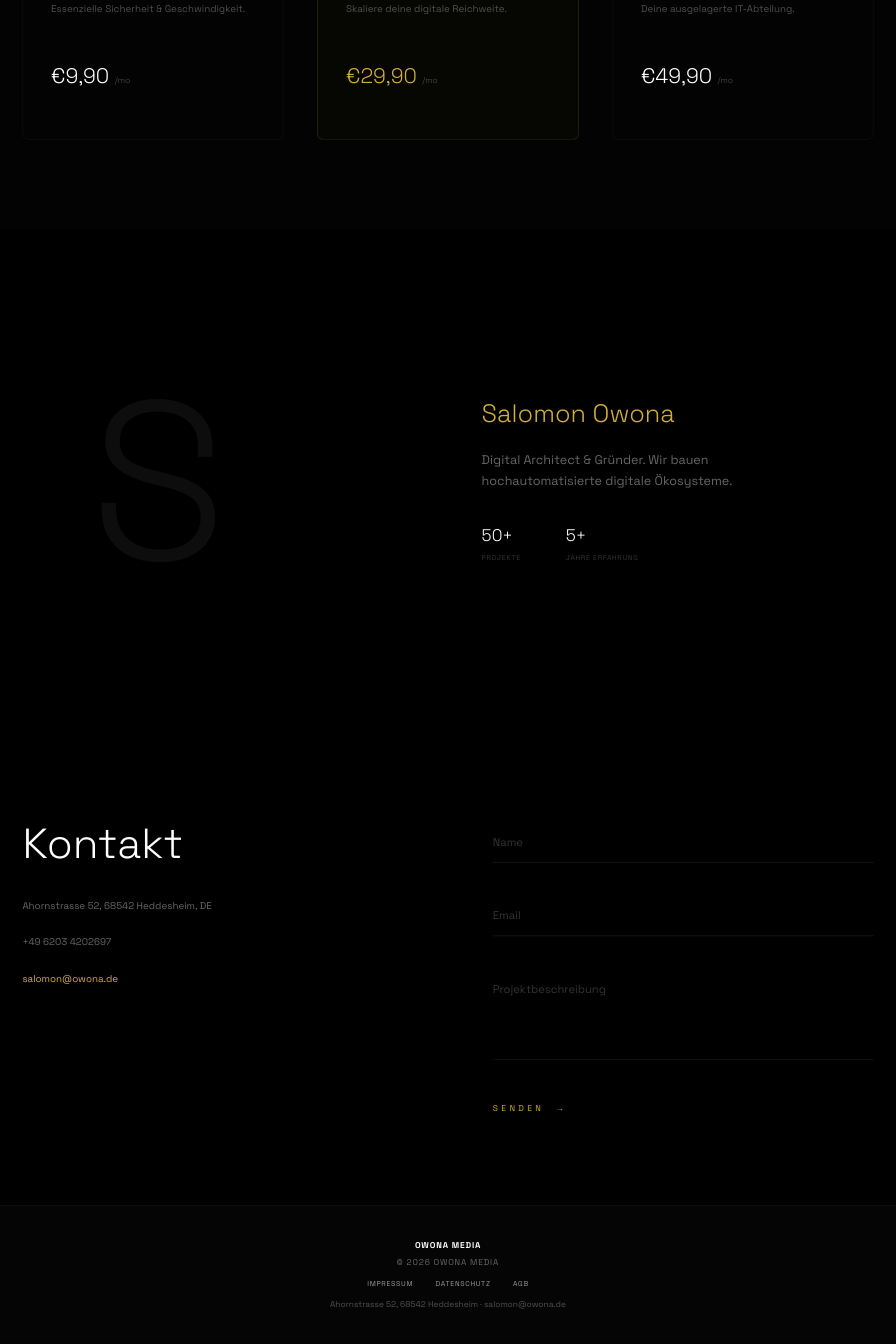
Repository: OwonaMedia/OMedia
Page: /
These files come from the project's save history. The page is drawn as it stood at one moment and after the next save; the edit follows.
The browser window is 1280 px wide. The pictures show the part of the page from y = 1858 to 3778 px (the page is 3778 px tall before and 3104 px after), at 70% of full size.
The project was rebuilt for these pictures with package versions that can differ from the ones it lists, and the page was loaded fresh each time. Also part of the build but not shown: src/pages/Login.tsx, src/pages/dashboard/Overview.tsx, src/pages/dashboard/Projects.tsx, src/pages/dashboard/Invoices.tsx, src/pages/dashboard/Files.tsx, src/pages/dashboard/Settings.tsx, src/pages/Dashboard.tsx, src/pages/Produkte.tsx and 4 more. Imported but missing from the stored project, and not drawn on this page: src/pages/legal/AGB, src/pages/legal/Datenschutz, src/pages/legal/Impressum.

Above is the page before, as saved 2026-01-20 17:24:49.

### index.html
<!doctype html>
<html lang="de">
  <head>
    <meta charset="UTF-8" />
    <meta name="viewport" content="width=device-width, initial-scale=1.0" />
    <title>Owona Media</title>
    <meta name="description" content="Owona Media - Webentwicklung & Digital Solutions">
    <link rel="icon" type="image/png" href="/src/assets/favcon.png" />
    <link href="https://fonts.googleapis.com/css2?family=Space+Grotesk:wght@300;400;500;600;700&display=swap" rel="stylesheet">
  </head>
  <body>
    <div id="root"></div>
    <script type="module" src="/src/main.tsx"></script>
  </body>
</html>

### src/main.tsx

import React from 'react'
import ReactDOM from 'react-dom/client'
import { BrowserRouter } from 'react-router-dom'
import App from './App'
import './index.css'
import { TranslationProvider } from './TranslationContext';

ReactDOM.createRoot(document.getElementById('root')!).render(
  <React.StrictMode>
    <TranslationProvider>
      <BrowserRouter>
        <App />
      </BrowserRouter>
    </TranslationProvider>
  </React.StrictMode>,
)

### src/App.tsx
import { Routes, Route, useLocation } from 'react-router-dom';
import { useEffect } from 'react';
import Layout from './components/layout/Layout';
import Home from './pages/Home';
import Impressum from './pages/legal/Impressum';
import Datenschutz from './pages/legal/Datenschutz';
import AGB from './pages/legal/AGB';
import Login from './pages/Login';
import Dashboard from './pages/Dashboard';
import Produkte from './pages/Produkte';
import Abo from './pages/Abo';
import Ueber from './pages/Ueber';
import Kontakt from './pages/Kontakt';
import Blog from './pages/Blog';
import { TranslationProvider } from './TranslationContext';

function ScrollToTop() {
  const { pathname } = useLocation();
  useEffect(() => {
    window.scrollTo(0, 0);
  }, [pathname]);
  return null;
}

export default function App() {
  const location = useLocation();
  // Dashboard gets its own layout, all others use Layout
  const isDashboard = location.pathname.startsWith('/dashboard');

  return (
    <TranslationProvider>
      <ScrollToTop />
      <Routes>
        {/* All main pages wrapped in Layout for consistent Header/Footer/CookieBanner */}
        <Route path="/" element={<Layout><Home /></Layout>} />
        <Route path="/impressum" element={<Impressum />} />
        <Route path="/datenschutz" element={<Datenschutz />} />
        <Route path="/agb" element={<AGB />} />
        <Route path="/produkte" element={<Layout darkBg={false}><Produkte /></Layout>} />
        <Route path="/abo" element={<Layout darkBg={false}><Abo /></Layout>} />
        <Route path="/ueber" element={<Layout darkBg={false}><Ueber /></Layout>} />
        <Route path="/kontakt" element={<Layout darkBg={false}><Kontakt /></Layout>} />
        <Route path="/blog" element={<Layout darkBg={false}><Blog /></Layout>} />
        {/* Login and Dashboard can use their own layout or be standalone */}
        <Route path="/login" element={<Login />} />
        <Route path="/dashboard/*" element={<Layout darkBg={false}><Dashboard /></Layout>} />
      </Routes>
    </TranslationProvider>
  );
}

### src/TranslationContext.tsx
import React, { createContext, useContext, useState, useEffect, ReactNode } from 'react';
import { translations } from './translations';

type Language = 'de' | 'en' | 'fr' | 'sw';

interface TranslationContextProps {
  lang: Language;
  setLang: (lang: Language) => void;
  t: (key: string) => string;
}

const TranslationContext = createContext<TranslationContextProps | undefined>(undefined);

export const TranslationProvider = ({ children }: { children: ReactNode }) => {
  const [lang, setLangState] = useState<Language>(() => {
    const stored = localStorage.getItem('lang') as Language;
    return stored || 'de';
  });

  useEffect(() => {
    localStorage.setItem('lang', lang);
  }, [lang]);


  const setLang = (newLang: Language) => {
    if (['de', 'en', 'fr', 'sw'].includes(newLang)) {
      setLangState(newLang);
    } else {
      console.warn(`Unknown language: ${newLang}`);
    }
  }

  const t = (key: string) => {
    console.log(`t() aufgerufen mit Key: '${key}', Sprache: '${lang}'`);
    const dict = translations[lang] || {};
    console.log('Verfügbare Keys für aktuelle Sprache:', Object.keys(dict));
    if (dict[key]) return dict[key];
    // Kein Fallback, sondern Key anzeigen
    console.warn(`Key '${key}' nicht gefunden in Sprache '${lang}'.`);
    return key;
  }

  return (
    <TranslationContext.Provider value={{ lang, setLang, t }}>
      {children}
    </TranslationContext.Provider>
  );
};

export function useTranslation() {
  const context = useContext(TranslationContext);
  if (!context) {
    throw new Error('useTranslation must be used within a TranslationProvider');
  }
  return context;
}

### src/components/layout/Layout.tsx
import { ReactNode } from 'react';
import Header from './Header';
import Footer from './Footer';
import CookieBanner from './CookieBanner';
import CustomCursor from '../ui/CustomCursor';

interface LayoutProps {
  children: ReactNode;
  darkBg?: boolean; // true = schwarzer Hintergrund (Hauptseite), false = weißer Hintergrund
}

export default function Layout({ children, darkBg = true }: LayoutProps) {
  return (
    <div className={darkBg ? 'bg-black text-white' : 'bg-white text-black'}>
      {/* Sterne-Hintergrund nur auf dunklen Seiten */}
      {darkBg && <div className="stars" />}

      <Header />
      <CustomCursor />

      <main className="min-h-screen pt-24">
        {children}
      </main>

      <footer className="px-8 py-12 border-t border-white/5 bg-[#050505] text-white text-xs text-center">
        <div className="mb-2 font-bold tracking-widest uppercase">Owona Media</div>
        <div className="mb-4 text-white/40 tracking-widest uppercase">© {new Date().getFullYear()} Owona Media</div>
        <div className="flex flex-wrap justify-center gap-8 text-[10px] tracking-widest uppercase text-white/60 mb-4">
          <a href="/impressum" className="hover:text-[#D4AF37] transition-colors">Impressum</a>
          <a href="/datenschutz" className="hover:text-[#D4AF37] transition-colors">Datenschutz</a>
          <a href="/agb" className="hover:text-[#D4AF37] transition-colors">AGB</a>
        </div>
        <div className="text-white/30">Ahornstrasse 52, 68542 Heddesheim · salomon@owona.de</div>
      </footer>
      <CookieBanner />
    </div>
  );
}

### src/pages/Home.tsx
import { useEffect } from 'react';
import { useTranslation } from '../TranslationContext';

export default function Home() {
  const { t } = useTranslation();

  useEffect(() => {
    // Reveal Observer
    const observer = new IntersectionObserver((entries) => {
      entries.forEach(entry => {
        if (entry.isIntersecting) entry.target.classList.add('visible');
      });
    }, { threshold: 0.1 });

    document.querySelectorAll('.reveal').forEach(el => observer.observe(el));

    return () => observer.disconnect();
  }, []);

  return (
    <div className="bg-black text-white selection:bg-[#D4AF37] selection:text-black">
      {/* Stars Background */}
      <div className="stars fixed inset-0 pointer-events-none opacity-50 z-0"></div>

      {/* Hero */}
      <section className="min-h-[90vh] flex flex-col justify-center px-8 relative z-10 pt-20">
        <div className="max-w-7xl mx-auto w-full">
          <div className="reveal text-white/5 text-[15vw] leading-none font-extralight select-none mb-[-4vw]">OWONA</div>
          <div className="flex flex-col md:flex-row md:items-end justify-between gap-12">
            <h1 className="reveal text-5xl md:text-8xl font-light tracking-tighter max-w-4xl">
              {t('hero.title')}
            </h1>
            <div className="reveal max-w-sm text-white/30 text-sm leading-relaxed mb-4">
              <p>{t('hero.desc')}</p>
            </div>
          </div>
        </div>
      </section>

      {/* Products */}
      <section id="products" className="py-32 px-8 relative z-10">
        <div className="max-w-7xl mx-auto">
          <h2 className="reveal text-white/10 text-xs tracking-[0.5em] uppercase mb-24">
            {t('products.label')}
          </h2>

          <div className="grid md:grid-cols-3 gap-1px bg-white/5 border border-white/5">
            {/* Starter */}
            <div className="reveal product-card p-12 md:p-16 h-full flex flex-col cursor-none hover:bg-white/[0.02] transition-colors group">
              <span className="text-white/10 text-xs mb-8">{t('product.starter.badge')}</span>
              <h3 className="text-4xl font-light mb-6">{t('product.starter.title')}</h3>
              <p className="text-white/40 text-sm mb-12 h-12">{t('product.starter.subtitle')}</p>
              <div className="mt-auto">
                <div className="price-tag mb-8 text-3xl font-light">
                  {t('product.starter.price')} <span className="text-sm opacity-20 ml-2">{t('price.fixed')}</span>
                </div>
                <button className="text-white/20 text-[10px] tracking-widest uppercase group-hover:text-white transition-colors">
                  {t('cta.details')}
                </button>
              </div>
            </div>

            {/* Pro */}
            <div className="reveal product-card p-12 md:p-16 h-full flex flex-col border-x border-white/5 cursor-none hover:bg-white/[0.02] transition-colors group">
              <span className="text-[#D4AF37] text-xs mb-8 opacity-50">{t('product.pro.badge')}</span>
              <h3 className="text-4xl font-light mb-6">{t('product.pro.title')}</h3>
              <p className="text-white/40 text-sm mb-12 h-12">{t('product.pro.subtitle')}</p>
              <div className="mt-auto">
                <div className="price-tag text-[#D4AF37] mb-8 text-3xl font-light">
                  {t('product.pro.price')} <span className="text-sm opacity-20 ml-2 text-white">{t('price.fixed')}</span>
                </div>
                <button className="text-white/20 text-[10px] tracking-widest uppercase group-hover:text-white transition-colors">
                  {t('cta.details')}
                </button>
              </div>
            </div>

            {/* Enterprise */}
            <div className="reveal product-card p-12 md:p-16 h-full flex flex-col cursor-none hover:bg-white/[0.02] transition-colors group">
              <span className="text-white/10 text-xs mb-8">{t('product.enterprise.badge')}</span>
              <h3 className="text-4xl font-light mb-6">{t('product.enterprise.title')}</h3>
              <p className="text-white/40 text-sm mb-12 h-12">{t('product.enterprise.subtitle')}</p>
              <div className="mt-auto">
                <div className="price-tag mb-8 text-white/40 text-3xl font-light">
                  {t('product.enterprise.price')}
                </div>
                <button className="text-white/20 text-[10px] tracking-widest uppercase group-hover:text-white transition-colors">
                  {t('cta.details')}
                </button>
              </div>
            </div>
          </div>
        </div>
      </section>

      {/* Subscriptions */}
      <section id="subscriptions" className="py-32 px-8 bg-white/[0.01] relative z-10">
        <div className="max-w-7xl mx-auto">
          <h2 className="reveal text-white/10 text-xs tracking-[0.5em] uppercase mb-24">
            {t('subs.label')}
          </h2>

          <div className="grid md:grid-cols-3 gap-12">
            {/* Basic */}
            <div className="reveal p-10 border border-white/5 hover:border-white/10 transition-all rounded-lg">
              <h4 className="text-xl font-light mb-2">{t('subs.basic.title')}</h4>
              <p className="text-white/30 text-sm mb-12 h-10">{t('subs.basic.desc')}</p>
              <div className="text-3xl font-light mb-8">{t('subs.basic.price')} <span className="text-xs opacity-30">/mo</span></div>
            </div>

            {/* Pro */}
            <div className="reveal p-10 border border-[#D4AF37]/20 rounded-lg relative overflow-hidden bg-[#D4AF37]/[0.02]">
              <div className="absolute top-0 right-0 bg-[#D4AF37]/20 text-[#D4AF37] text-[8px] px-3 py-1 uppercase tracking-widest">
                {t('most.popular')}
              </div>
              <h4 className="text-xl font-light mb-2">{t('subs.pro.title')}</h4>
              <p className="text-white/30 text-sm mb-12 h-10">{t('subs.pro.desc')}</p>
              <div className="text-3xl font-light mb-8 text-[#D4AF37]">{t('subs.pro.price')} <span className="text-xs opacity-30 text-white">/mo</span></div>
            </div>

            {/* Full */}
            <div className="reveal p-10 border border-white/5 hover:border-white/10 transition-all rounded-lg">
              <h4 className="text-xl font-light mb-2">{t('subs.full.title')}</h4>
              <p className="text-white/30 text-sm mb-12 h-10">{t('subs.full.desc')}</p>
              <div className="text-3xl font-light mb-8">{t('subs.full.price')} <span className="text-xs opacity-30">/mo</span></div>
            </div>
          </div>
        </div>
      </section>

      {/* About */}
      <section id="about" className="min-h-screen px-8 py-32 flex items-center relative z-10">
        <div className="max-w-5xl mx-auto w-full">
          <div className="grid md:grid-cols-2 gap-24 items-center">
            <div className="reveal text-white/5 text-[25vw] leading-none font-extralight select-none">S</div>
            <div>
              <h2 className="reveal text-4xl font-light mb-8 text-[#D4AF37]">{t('about.title')}</h2>
              <p className="reveal text-white/40 text-lg leading-relaxed mb-12">
                {t('about.desc')}
              </p>
              <div className="reveal flex gap-16">
                <div>
                  <div className="text-2xl font-light">50+</div>
                  <div className="text-[10px] text-white/20 uppercase tracking-widest mt-2">{t('about.projects')}</div>
                </div>
                <div>
                  <div className="text-2xl font-light">5+</div>
                  <div className="text-[10px] text-white/20 uppercase tracking-widest mt-2">{t('about.years')}</div>
                </div>
              </div>
            </div>
          </div>
        </div>
      </section>

      {/* Contact */}
      <section id="contact" className="py-32 px-8 relative z-10">
        <div className="max-w-7xl mx-auto">
          <div className="grid md:grid-cols-2 gap-32">
            <div>
              <h2 className="reveal text-6xl font-light mb-12">{t('contact.label')}</h2>
              <div className="reveal space-y-8 text-white/40 text-sm">
                <p>{t('contact.address')}</p>
                <p>+49 6203 4202697</p>
                <a href="mailto:salomon@owona.de" className="block text-[#D4AF37] hover:text-white transition-colors">
                  salomon@owona.de
                </a>
              </div>
            </div>
            <form className="reveal space-y-12">
              <input type="text" required placeholder={t('contact.form.name')} className="w-full bg-transparent border-b border-white/10 py-4 text-white focus:outline-none focus:border-[#D4AF37] transition-all placeholder:text-white/20" />
              <input type="email" required placeholder={t('contact.form.email')} className="w-full bg-transparent border-b border-white/10 py-4 text-white focus:outline-none focus:border-[#D4AF37] transition-all placeholder:text-white/20" />
              <textarea rows={4} required placeholder={t('contact.form.details')} className="w-full bg-transparent border-b border-white/10 py-4 text-white focus:outline-none focus:border-[#D4AF37] transition-all resize-none placeholder:text-white/20"></textarea>
              <button type="submit" className="text-xs tracking-[0.4em] uppercase text-[#D4AF37] hover:text-white transition-colors">
                <span className="mr-2">{t('contact.send')}</span> →
              </button>
            </form>
          </div>
        </div>
      </section>
    </div>
  );
}

### src/components/layout/CookieBanner.tsx

import { useState, useEffect } from 'react';
import { useTranslation } from '../../TranslationContext';

export default function CookieBanner() {
  const { t } = useTranslation();
  const [show, setShow] = useState(false);

  useEffect(() => {
    const consent = localStorage.getItem('cookie-consent');
    if (!consent) {
      // Kurze Verzögerung für nice UX
      const timer = setTimeout(() => setShow(true), 1000);
      return () => clearTimeout(timer);
    }
  }, []);

  const handleAccept = () => {
    localStorage.setItem('cookie-consent', 'accepted');
    setShow(false);
  };

  const handleDecline = () => {
    localStorage.setItem('cookie-consent', 'declined');
    setShow(false);
  };

  if (!show) return null;

  return (
    <div className="fixed bottom-0 left-0 right-0 z-[200] p-4 md:p-6 bg-[#111] border-t border-white/10 shadow-2xl animate-in slide-in-from-bottom-10 fade-in duration-500">
      <div className="max-w-7xl mx-auto flex flex-col md:flex-row items-center justify-between gap-6">
        <div className="text-xs text-white/60 leading-relaxed max-w-3xl">
          <p>
            {t('cookie.text') || "Wir nutzen Cookies, um Ihr Erlebnis auf unserer Website zu verbessern. Einige sind essenziell, andere helfen uns, diese Website und Ihre Erfahrung zu optimieren."}
          </p>
          <div className="mt-1">
            <a href="/datenschutz" className="text-[#D4AF37] hover:underline mr-4">{t('footer.privacy')}</a>
            <a href="/impressum" className="text-[#D4AF37] hover:underline">{t('footer.impressum')}</a>
          </div>
        </div>
        <div className="flex gap-4 shrink-0">
          <button
            onClick={handleDecline}
            className="px-6 py-2 border border-white/20 rounded text-xs text-white hover:bg-white/5 transition-colors uppercase tracking-wider"
          >
            {t('cookie.decline') || "Ablehnen"}
          </button>
          <button
            onClick={handleAccept}
            className="px-6 py-2 bg-[#D4AF37] text-black font-medium rounded text-xs hover:bg-[#b5952f] transition-colors uppercase tracking-wider shadow-[0_0_15px_rgba(212,175,55,0.3)]"
          >
            {t('cookie.accept') || "Akzeptieren"}
          </button>
        </div>
      </div>
    </div>
  );
}

### src/components/ui/CustomCursor.tsx
import { useEffect, useRef } from 'react';

export default function CustomCursor() {
  const cursorRef = useRef<HTMLDivElement>(null);

  useEffect(() => {
    const cursor = cursorRef.current;
    if (!cursor) return;

    const handleMouseMove = (e: MouseEvent) => {
      cursor.style.left = `${e.clientX}px`;
      cursor.style.top = `${e.clientY}px`;
    };

    document.addEventListener('mousemove', handleMouseMove);
    return () => document.removeEventListener('mousemove', handleMouseMove);
  }, []);

  return <div ref={cursorRef} className="cursor-custom" style={{left: '-20px', top: '-20px'}} />;
}

### src/components/LogoO.tsx
import React from 'react';
import logo from '../assets/logo.png';

export function LogoO({ className = '', style = {} }) {
  return (
    <img src={logo} alt="Owona Media Logo" className={className} style={style} />
  );
}

export default LogoO;

Loaded but not shown: src/translations.ts (707 lines, source omitted); src/components/layout/Header.tsx (101 lines, source omitted); src/index.css (165 lines, source omitted)

After the next save:
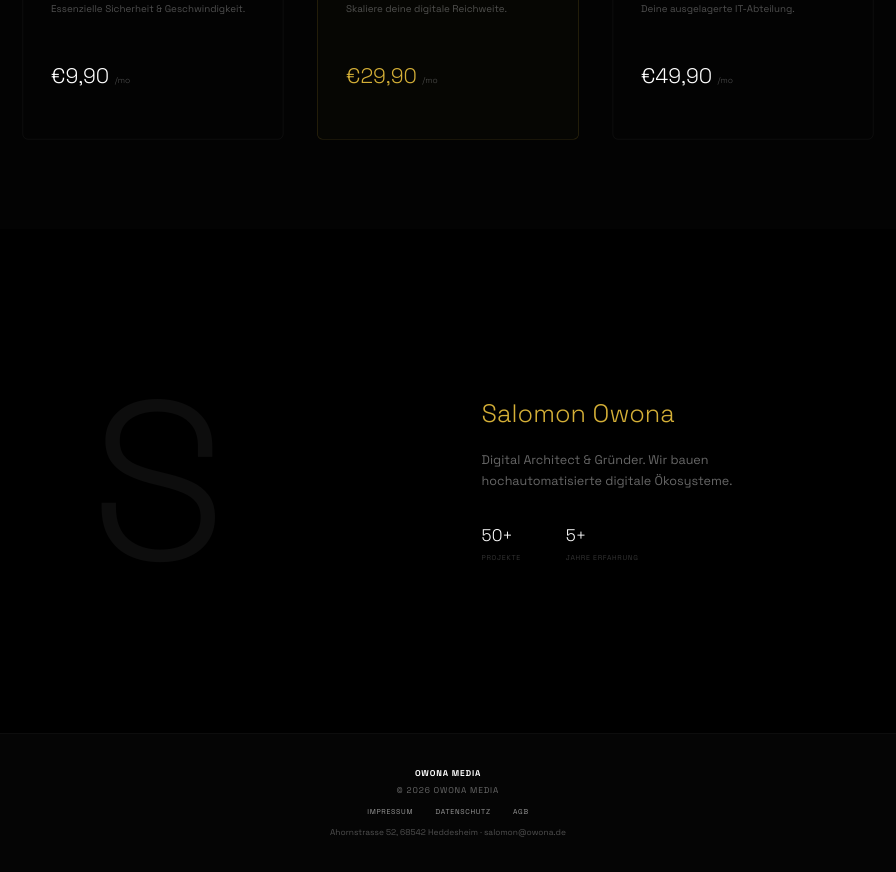
Saved 2 min 35 s later.
--- a/src/pages/Home.tsx
+++ b/src/pages/Home.tsx
@@ -1,5 +1,7 @@
+
 import { useEffect } from 'react';
 import { useTranslation } from '../TranslationContext';
+import { Link } from 'react-router-dom';
 
 export default function Home() {
   const { t } = useTranslation();
@@ -46,7 +48,7 @@ export default function Home() {
 
           <div className="grid md:grid-cols-3 gap-1px bg-white/5 border border-white/5">
             {/* Starter */}
-            <div className="reveal product-card p-12 md:p-16 h-full flex flex-col cursor-none hover:bg-white/[0.02] transition-colors group">
+            <Link to="/produkte" className="reveal product-card p-12 md:p-16 h-full flex flex-col cursor-pointer hover:bg-white/[0.02] transition-colors group">
               <span className="text-white/10 text-xs mb-8">{t('product.starter.badge')}</span>
               <h3 className="text-4xl font-light mb-6">{t('product.starter.title')}</h3>
               <p className="text-white/40 text-sm mb-12 h-12">{t('product.starter.subtitle')}</p>
@@ -58,10 +60,10 @@ export default function Home() {
                   {t('cta.details')}
                 </button>
               </div>
-            </div>
+            </Link>
 
             {/* Pro */}
-            <div className="reveal product-card p-12 md:p-16 h-full flex flex-col border-x border-white/5 cursor-none hover:bg-white/[0.02] transition-colors group">
+            <Link to="/produkte" className="reveal product-card p-12 md:p-16 h-full flex flex-col border-x border-white/5 cursor-pointer hover:bg-white/[0.02] transition-colors group">
               <span className="text-[#D4AF37] text-xs mb-8 opacity-50">{t('product.pro.badge')}</span>
               <h3 className="text-4xl font-light mb-6">{t('product.pro.title')}</h3>
               <p className="text-white/40 text-sm mb-12 h-12">{t('product.pro.subtitle')}</p>
@@ -73,10 +75,10 @@ export default function Home() {
                   {t('cta.details')}
                 </button>
               </div>
-            </div>
+            </Link>
 
             {/* Enterprise */}
-            <div className="reveal product-card p-12 md:p-16 h-full flex flex-col cursor-none hover:bg-white/[0.02] transition-colors group">
+            <Link to="/produkte" className="reveal product-card p-12 md:p-16 h-full flex flex-col cursor-pointer hover:bg-white/[0.02] transition-colors group">
               <span className="text-white/10 text-xs mb-8">{t('product.enterprise.badge')}</span>
               <h3 className="text-4xl font-light mb-6">{t('product.enterprise.title')}</h3>
               <p className="text-white/40 text-sm mb-12 h-12">{t('product.enterprise.subtitle')}</p>
@@ -88,7 +90,7 @@ export default function Home() {
                   {t('cta.details')}
                 </button>
               </div>
-            </div>
+            </Link>
           </div>
         </div>
       </section>
@@ -153,31 +155,6 @@ export default function Home() {
         </div>
       </section>
 
-      {/* Contact */}
-      <section id="contact" className="py-32 px-8 relative z-10">
-        <div className="max-w-7xl mx-auto">
-          <div className="grid md:grid-cols-2 gap-32">
-            <div>
-              <h2 className="reveal text-6xl font-light mb-12">{t('contact.label')}</h2>
-              <div className="reveal space-y-8 text-white/40 text-sm">
-                <p>{t('contact.address')}</p>
-                <p>+49 6203 4202697</p>
-                <a href="mailto:salomon@owona.de" className="block text-[#D4AF37] hover:text-white transition-colors">
-                  salomon@owona.de
-                </a>
-              </div>
-            </div>
-            <form className="reveal space-y-12">
-              <input type="text" required placeholder={t('contact.form.name')} className="w-full bg-transparent border-b border-white/10 py-4 text-white focus:outline-none focus:border-[#D4AF37] transition-all placeholder:text-white/20" />
-              <input type="email" required placeholder={t('contact.form.email')} className="w-full bg-transparent border-b border-white/10 py-4 text-white focus:outline-none focus:border-[#D4AF37] transition-all placeholder:text-white/20" />
-              <textarea rows={4} required placeholder={t('contact.form.details')} className="w-full bg-transparent border-b border-white/10 py-4 text-white focus:outline-none focus:border-[#D4AF37] transition-all resize-none placeholder:text-white/20"></textarea>
-              <button type="submit" className="text-xs tracking-[0.4em] uppercase text-[#D4AF37] hover:text-white transition-colors">
-                <span className="mr-2">{t('contact.send')}</span> →
-              </button>
-            </form>
-          </div>
-        </div>
-      </section>
     </div>
   );
 }
